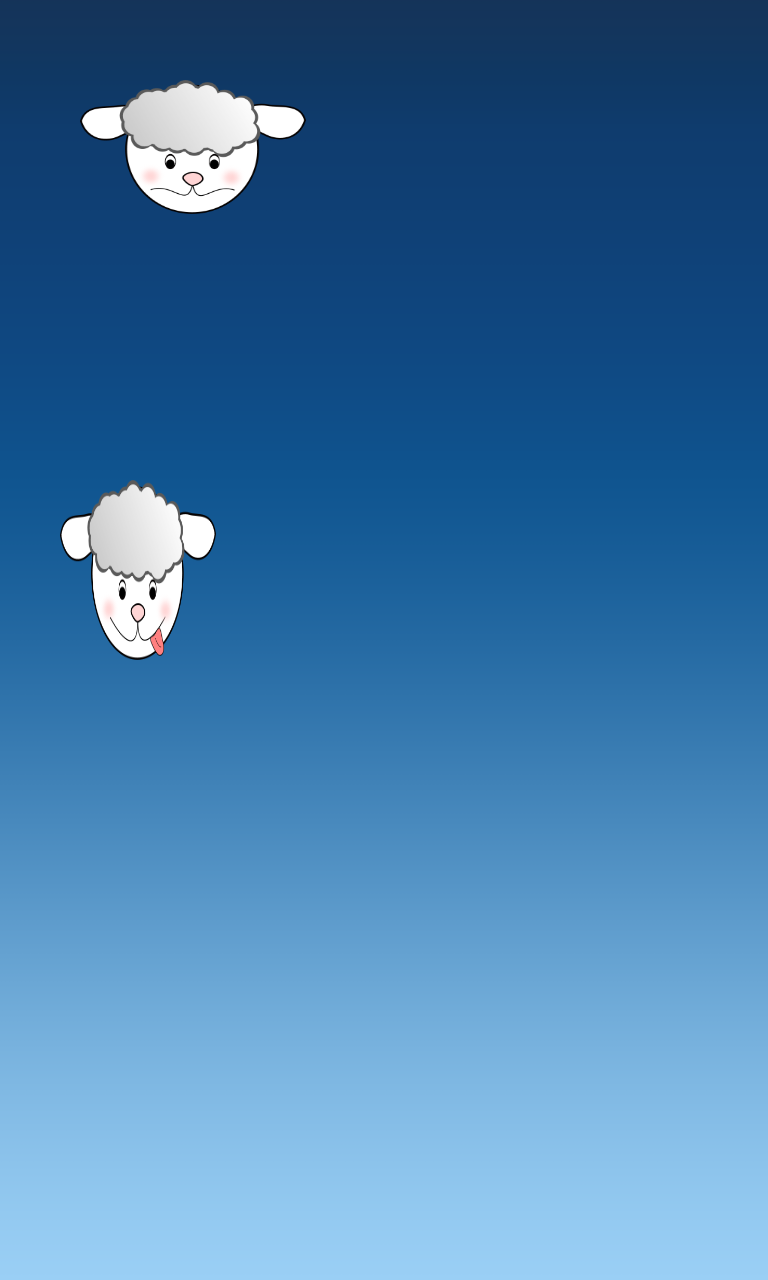
Repository: exilonX/CodeWarsFelula
Layout: Baa/res/layout/end_game.xml
These files come from the project's save history. The layout is drawn as it stood at one moment and after the next save; the edit follows.
It is drawn on a 768 x 1280 px phone screen (xhdpi) without system bars, with theme AppTheme; the app's code is not run.

Above is the layout before, as saved 2014-02-22 17:42:23.

After the next save:
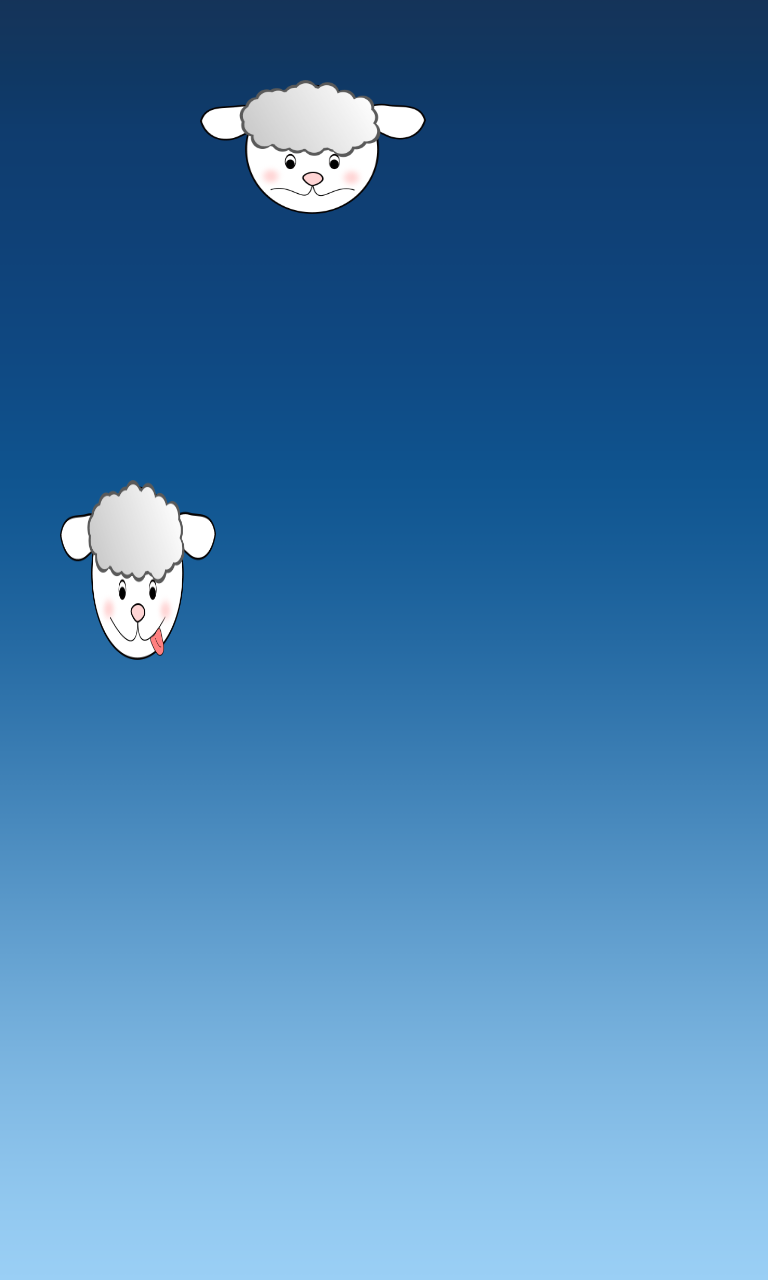
Saved 7 s later.
--- a/Baa/res/layout/end_game.xml
+++ b/Baa/res/layout/end_game.xml
@@ -10,7 +10,7 @@
         android:layout_width="113dp"
         android:layout_height="67dp"
         android:layout_marginBottom="90dp"
-        android:layout_marginLeft="40dp"
+        android:layout_marginLeft="100dp"
         android:layout_marginRight="40dp"
         android:background="@drawable/sad"
         android:layout_marginTop="40dp"
